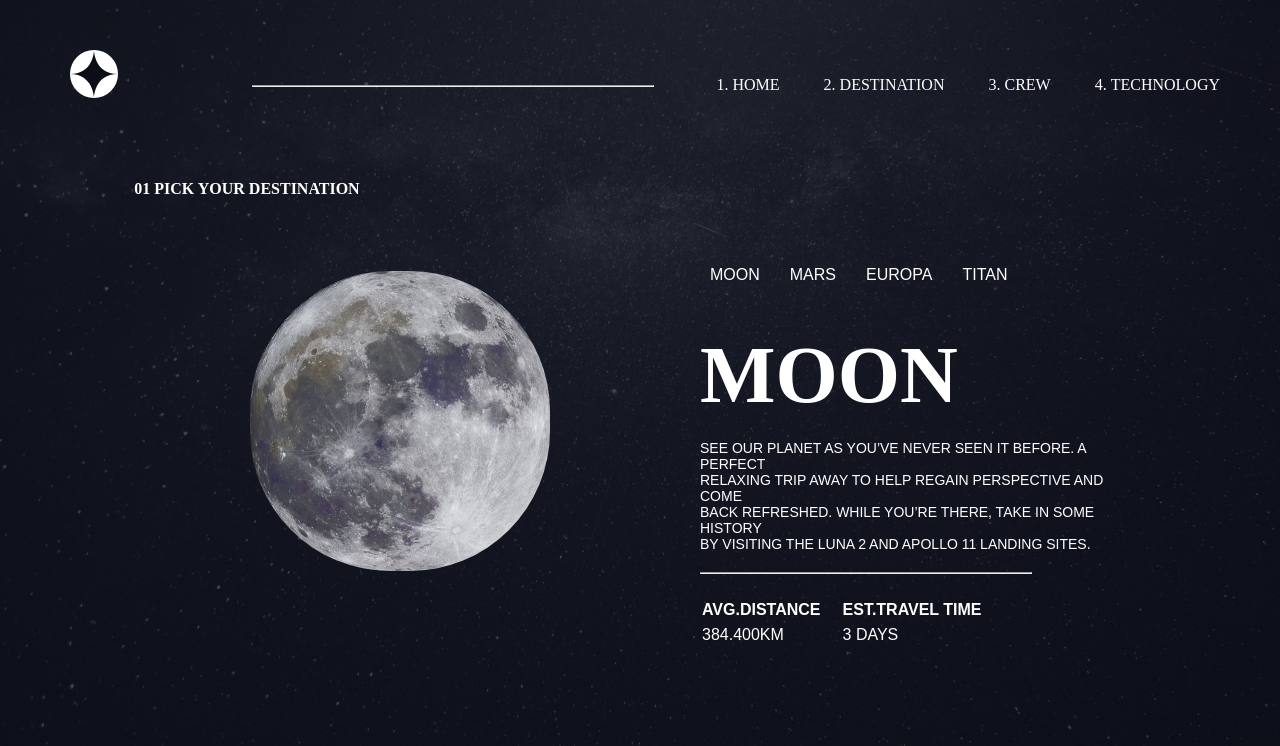
Repository: batonAnton/space_tourism
Page: destination.html
An editor plug-in stored every save of this project. The page is shown before and after the next save, followed by the edit.
The browser window is 1280 px wide. The pictures show the whole page.
Some web fonts or font styles are not loaded; a fallback is used.

Above is the page before, as saved 2022-05-20 11:31:37.

### destination.html
<!DOCTYPE html>
<html lang="en">
<head>
    <meta charset="UTF-8">
    <meta http-equiv="X-UA-Compatible" content="IE=edge">
    <meta name="viewport" content="width=device-width, initial-scale=1.0">
    <title>Space Tourism</title>
    <link rel="stylesheet" href="css/style2 .css">
    <link rel="preconnect" href="https://fonts.googleapis.com">
    <link rel="preconnect" href="https://fonts.gstatic.com" crossorigin>
    <link href="https://fonts.googleapis.com/css2?family=Bellefair&family=Merriweather&display=swap" rel="stylesheet">

    <link rel="preconnect" href="https://fonts.gstatic.com" crossorigin>
    <link href="https://fonts.googleapis.com/css2?family=Bellefair&family=Merriweather&display=swap" rel="stylesheet">
    <link rel="preconnect" href="https://fonts.googleapis.com">
    <link rel="preconnect" href="https://fonts.gstatic.com" crossorigin>
    <link href="https://fonts.googleapis.com/css2?family=Barlow+Condensed:wght@300&family=Bellefair&family=Merriweather&display=swap" rel="stylesheet">
    <link rel="preconnect" href="https://fonts.googleapis.com">
    <link rel="preconnect" href="https://fonts.gstatic.com" crossorigin>
    <link href="https://fonts.googleapis.com/css2?family=Barlow+Condensed:ital,wght@0,300;1,500&family=Bellefair&family=Merriweather&display=swap" rel="stylesheet">
</head>
<body>

    <div id="destination" class="bg">
        <div class="top-container">
            <div class="logo_img">
                <img src="/images/Icon.svg" alt="logo">

            </div>

                                             <!--navbar code -->
            <div class="nav">

                <hr>
                    <ol>

                        <li><a href="#home">home</a></li>
                        <li><a href="">destination</a></li>
                        <li><a href="">crew</a></li>
                        <li><a href="">technology</a></li>

                    </ol>

            </div>
        </div>

        <div class="middle_container">


            <div class="planet_img">
                <h2 class="h2_planet"> <span>01</span> pick your destination</h2>

                <div class="planet_bg">
                    <img src="/images/destination_img/moon.png"  alt="">
                </div>
            </div>



                <div class="get-info_planet">

                    <div class="nav_planet">
                            <ul>

                                <li><a href="#home">moon</a></li>
                                <li><a href="">mars</a></li>
                                <li><a href="">europa</a></li>
                                <li><a href="">titan</a></li>

                            </ul>
                    <h1>moon</h1>
                    <p>See our planet as you’ve never seen it before. A perfect <br> relaxing trip away to help regain perspective and come <br> back refreshed. While you’re there, take in some history <br> by visiting the Luna 2 and Apollo 11 landing sites.</p>

                    <hr class="hr_planet">

                    <table>
                        <tr>
                            <th>avg.distance</th>
                            <th>est.travel time</th>
                        </tr>

                        <tr>
                            <td>384.400km</td>
                            <td>3 days</td>
                        </tr>
                    </table>
                </div>


        </div>

    </div>
</body>
</html>

### css/style2 .css
body {
  /* height: 900px; */
  margin: 0;
}

.bg {
  background-image: url(/images/destination_img/bg.jpg);
  height: 100%;
  background-position: center;
  background-repeat: no-repeat;
  background-size: cover;
}

.top-container {
  /* display: inline-block; */
  padding: 50px 0px 50px 70px;
  /* width: 100%; */
}

.logo_img {
  /* width: 555px; */
  float: left;
}

hr {
  width: 400px;
  position: absolute;
  margin: 25px 0px 100px -390px;
}

.nav {
  /* width: 60%; */
  /* margin-left: 408px; */
  position: relative;
  float: right;
  clear: none;
  /* border: 1px solid #979797; */
  padding: 10px 0px 10px 0px;
  backdrop-filter: blur(85px);
  text-transform: uppercase;
}
.nav a {
  text-decoration: none;
}

.nav a:after {
  background: none repeat scroll 0 0 transparent;
  bottom: 0;
  content: "";
  display: block;
  height: 2px;
  left: 50%;
  position: absolute;
  background: #fff;
  transition: width 0.3s ease 0s, left 0.3s ease 0s;
  width: 0;
}
a:hover:after {
  width: 10%;
  left: 0;
}

ol {
  display: inline-flex;
  /* width: 200px; */
  margin-left: 50px;
}

li {
  padding: 0px 60px 0px 0px;
  color: #ffffff;
}

.nav a {
  color: #ffffff;
  font-family: "Bellefair", serif;
  /* font-family: "Merriweather", serif; */
}

/* middle-container property */
.middle_container {
  display: inline-flex;
}

.get-info_planet {
  margin: 130px 100px 100px 150px;
}

/* navbar planet */
.nav_planet {
  position: relative;
  float: right;
  clear: none;
  text-transform: uppercase;
  font-family: "Barlow Condensed", sans-serif;
  font-size: 1rem;
  color: #ffffff;
}

ul {
  list-style-type: none;
  display: inline-flex;
}

.nav_planet a {
  text-decoration: none;
  font-family: "Barlow Condensed", sans-serif;
  font-size: 1rem;
  color: #ffffff;
}

.nav_planet li {
  padding: 0px 60px 0px 0px;
  margin-left: -30px;
  color: #ffffff;
  text-align: left;
}

.h2_planet {
  height: 1px;
  display: block;
  margin: -210px 0px 90px -193px;
  font-size: 16px;
}

.planet_bg img {
  height: 300px;
  border-radius: 140px 140px 140px 140px;
}

h1,
h2,
p {
  color: #ffffff;
}

h1,
h2 {
  text-align: center;
  width: 380px;
  text-transform: uppercase;
  font-family: "Bellefair", serif;
}

h1 {
  font-size: 5rem;
  height: 80px;
  text-align: left;
  width: 333px;
  margin: 30px 0px;
}

p {
  width: 444px;
  text-align: left;
  font-family: "Barlow Condensed", sans-serif;
  font-size: 14px;
}

.planet_img {
  margin: 270px 0px 0px 250px;
}

.get-info_planet hr {
  position: relative;
  width: 330px;
  margin: 20px 0px 20px 0px;
}

th, td {
    padding: 5px 20px 0px 0px;
}

After the next save:
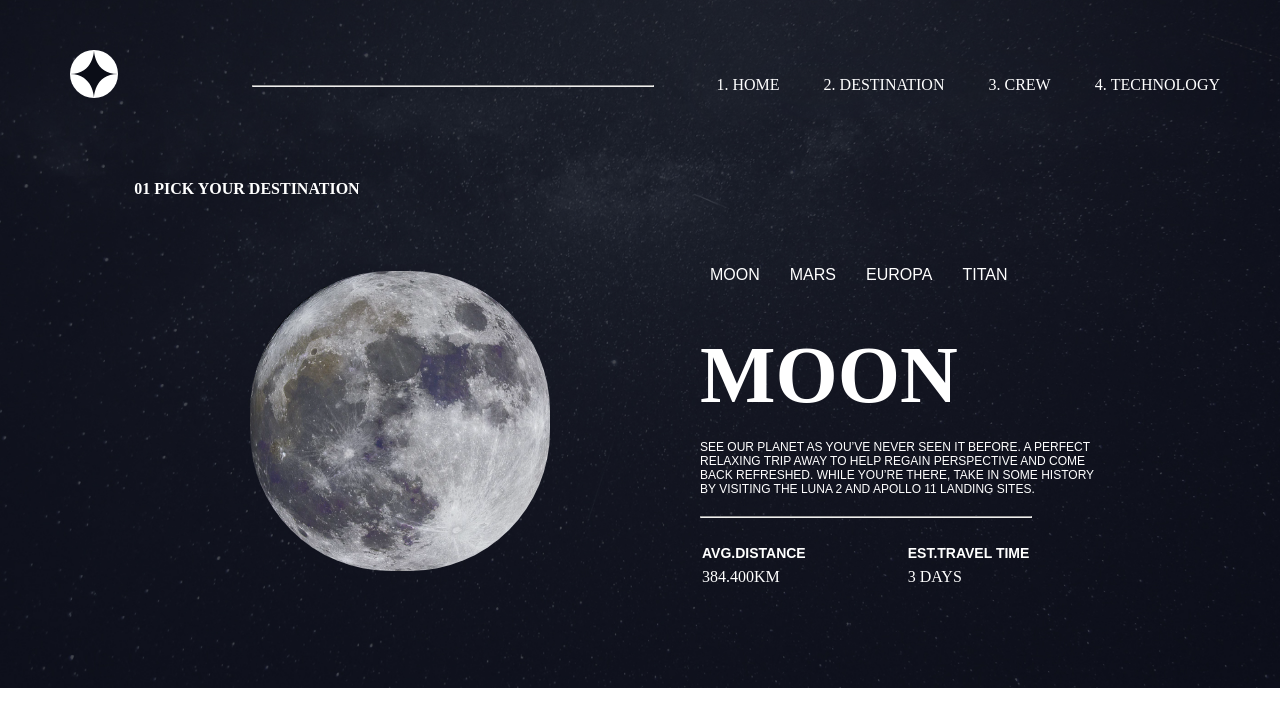
Saved 5 min 1 s later.
--- a/css/style2 .css
+++ b/css/style2 .css
@@ -154,7 +154,7 @@ p {
   width: 444px;
   text-align: left;
   font-family: "Barlow Condensed", sans-serif;
-  font-size: 14px;
+  font-size: 12px;
 }
 
 .planet_img {
@@ -168,5 +168,14 @@ p {
 }
 
 th, td {
-    padding: 5px 20px 0px 0px;
+    padding: 5px 100px 0px 0px;
 }
+
+th{
+    font-size: 14px;
+}
+
+td{
+    font-size: 1rem;
+    font-family: "Bellefair", serif;
+}
